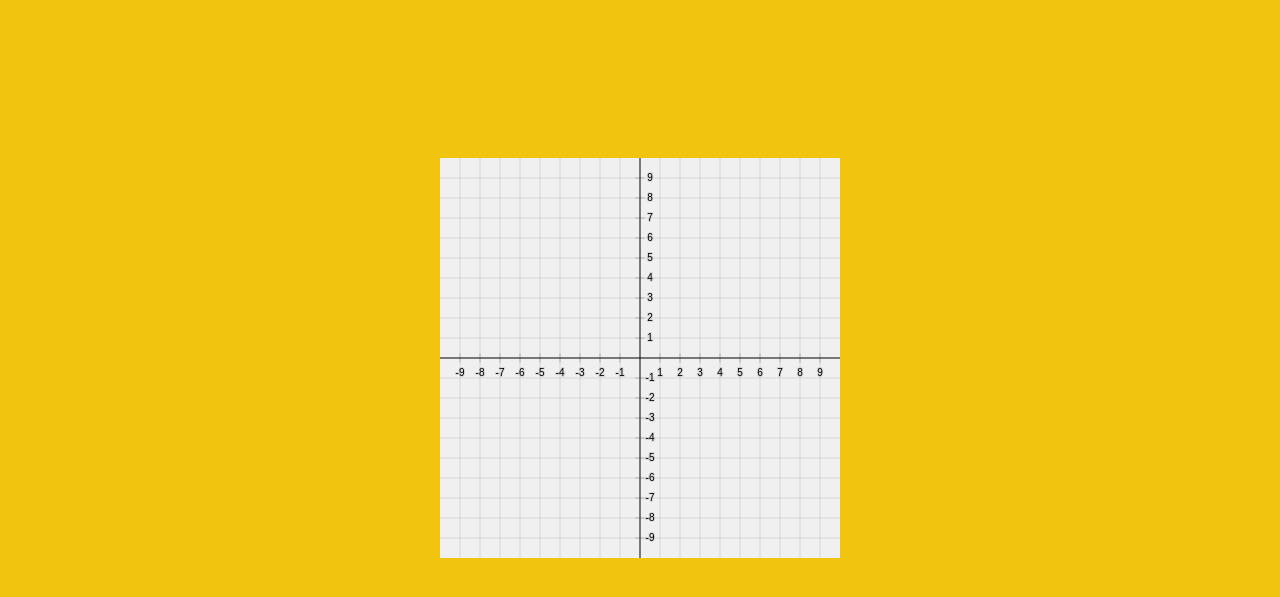
Repository: animarcus/graphing-app
Page: index.html
These files come from the project's save history. The page is drawn as it stood at one moment and after a run of saves; the edit follows.
The browser window is 1280 px wide. The pictures show the whole page.
Some web libraries are served in a nearby version.

Above is the page before, as saved 2020-09-26 19:59:26.

### index.html
<!DOCTYPE html>
<html lang="en">
<head>
  <link rel="apple-touch-icon"sizes="180x180"href="/icons/apple-touch-icon.png">
  <link rel="icon"type="image/png"sizes="32x32"href="/icons/favicon-32x32.png">
  <link rel="icon"type="image/png"sizes="16x16"href="/icons/favicon-16x16.png">
  <link rel="manifest"href="/icons/site.webmanifest">

  <link rel="stylesheet" href="css/style.css">
  <meta charset="UTF-8">
  <meta name="viewport" content="width=device-width, initial-scale=1.0, maximum-scale=1.0, user-scalable=0">
  <title>PLACEHOLDER</title>

  <script type="text/javascript" src="https://cdn.jsdelivr.net/npm/p5@1.1.4/lib/p5.min.js"></script>
  <script src="js/sketch.js"></script>
</head>
<body>
  <div id="canvas1"></div>
</body>
</html>

### css/style.css
* {
  cursor: default;
  /* -webkit-touch-callout: none;
  -webkit-user-select: none;
  -khtml-user-select: none;
  -moz-user-select: none;
  -ms-user-select: none;
  user-select: none; */
}
body {
  background: #f1c40f;
  height: 100%;
  overflow-y: hidden;
  overflow-x: hidden;
  /* border-radius: 50%; */
}

#canvas1 {
  position: absolute;
  top:50%;
  left:50%;
  transform: translate(-50%,-50%);
}

### js/sketch.js

let canvasW = 400;
let canvasH = 400;
let cellW = 20;

function setup() {
  let canvas = createCanvas(canvasW,canvasH);
  canvas.parent("canvas1");

  background(240);
  translate(canvasW/2, canvasH/2);

  stroke('rgba(0%, 0%, 0%, 1)');
  line(-canvasW/2, 0, canvasW/2, 0);
  line(0, -canvasH/2, 0, canvasH/2);

  stroke('rgba(0%, 0%, 0%, 0.1)');
  textAlign(CENTER, BOTTOM);
  textSize(cellW/2);
  for (let x = -canvasW/2; x < canvasW/2; x += cellW) {
    if (x === -canvasW/2 || x === canvasW/2 || x === 0) {
      continue;
    }
    let currentX = round(x/cellW);
    strokeWeight(1);
    line(x, -canvasH/2, x, canvasH/2);
    strokeWeight(2);
    line(x, -cellW/5, x, cellW/5);
    text(currentX, x, cellW);
  }
  textAlign(CENTER, CENTER);
  for (let y = -canvasH/2; y < canvasH/2; y += cellW) {
    if (y === -canvasH/2 || y === canvasH/2 || y === 0) {
      continue;
    }
    let currentY = round(-y/cellW);
    strokeWeight(1);
    line(-canvasW/2, y, canvasW/2, y);
    strokeWeight(2);
    line(-cellW/5, y, cellW/5, y);
    text(currentY, cellW/2, y);
  }
}


function draw() {
  fill(color("green"));
  drawHandlers.drawGrid();
}


let drawHandlers = {
  drawGrid : function() {

  }
};

After the next 2 saves:
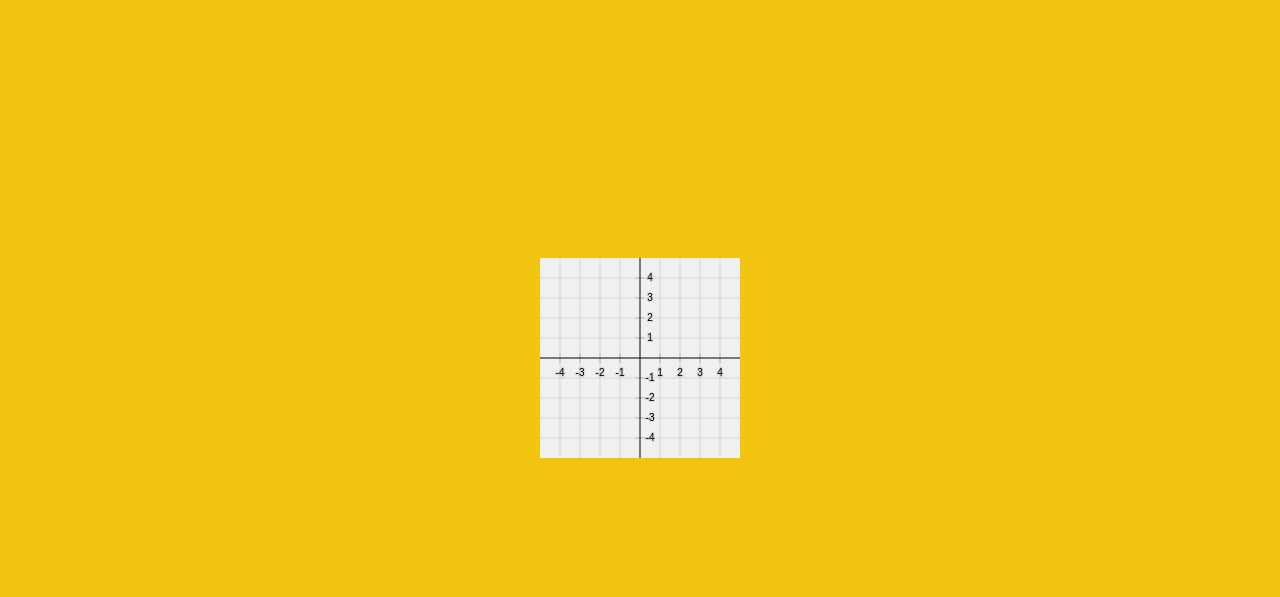
The 2 saves are shown as one change because they came seconds apart.
The last was saved 7 s later.
--- a/js/sketch.js
+++ b/js/sketch.js
@@ -1,6 +1,6 @@
 
-let canvasW = 400;
-let canvasH = 400;
+let canvasW = 200;
+let canvasH = 200;
 let cellW = 20;
 
 function setup() {
